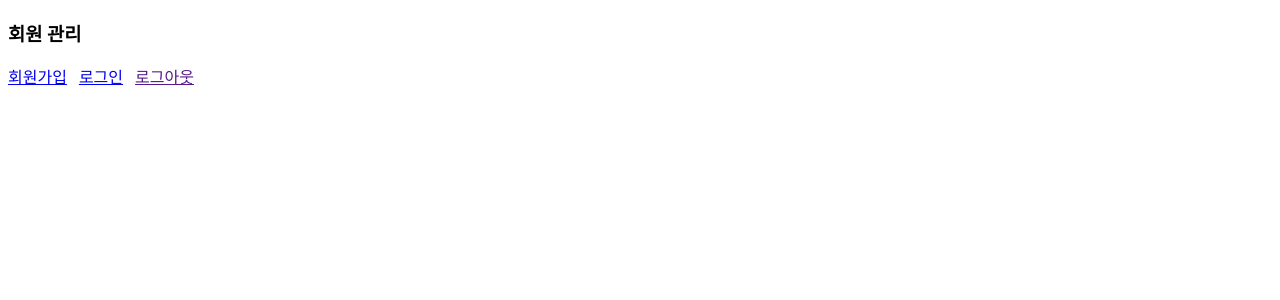
Repository: chanhok95/webpage
Page: homepage/WebContent/index.html
These files come from the project's save history. The page is drawn as it stood at one moment and after the next save; the edit follows.
The browser window is 1280 px wide. The pictures show the whole page.

Above is the page before, as saved 2019-10-29 00:39:49.

After the next save:
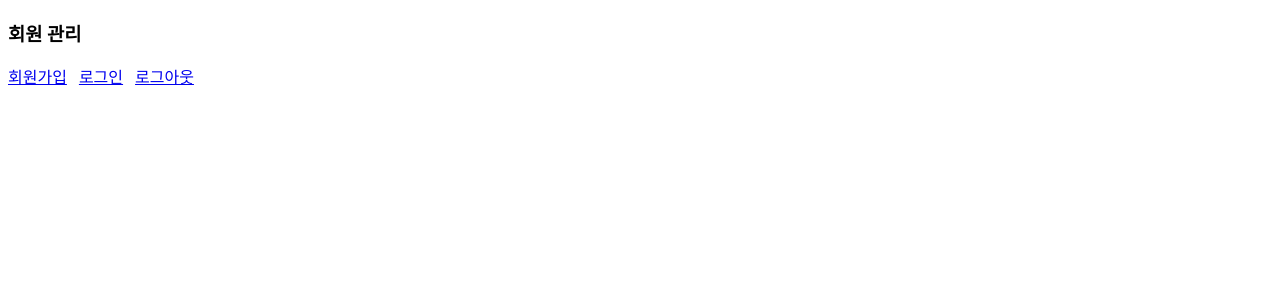
Saved 39 s later.
--- a/homepage/WebContent/index.html
+++ b/homepage/WebContent/index.html
@@ -8,7 +8,7 @@
 	<h3>회원 관리</h3>
 	<a href="http://localhost:8181/homepage/member/register.do">회원가입</a>&nbsp;&nbsp;
 	<a href="http://localhost:8181/homepage/member/login.do">로그인</a>&nbsp;&nbsp;
-	<a href="">로그아웃</a>&nbsp;&nbsp;
+	<a href="http://localhost:8181/homepage/member/logout.do">로그아웃</a>&nbsp;&nbsp;
 
 
 <!-- 	<h3>게시판</h3>
